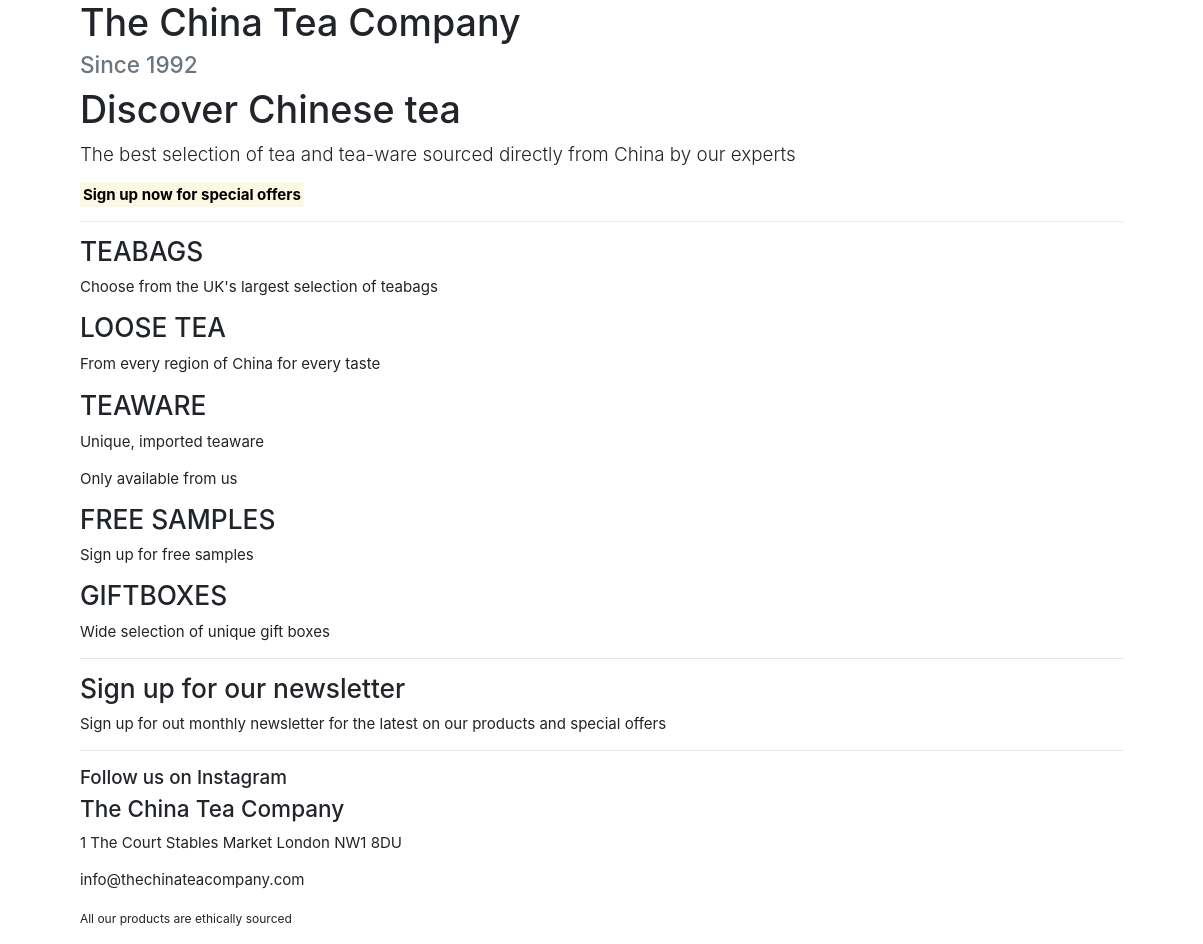
Repository: Code-Institute-Submissions/china-tea
Page: index.html
The author's editor kept a record of every edit. The page is drawn from the files as they stood at one moment, then again after the next edit.
The browser window is 1280 px wide. The pictures show the whole page, at 94% of full size.

Above is the page before.

### index.html
<!DOCTYPE html>
<html lang="en">

<head>
    <meta charset="UTF-8">
    <meta name="viewport" content="width=device-width, initial-scale=1.0">
    <meta http-equiv="X-UA-Compatible" content="ie=edge">
    <link rel="stylesheet" href="https://stackpath.bootstrapcdn.com/bootstrap/4.3.1/css/bootstrap.min.css" integrity="sha384-ggOyR0iXCbMQv3Xipma34MD+dH/1fQ784/j6cY/iJTQUOhcWr7x9JvoRxT2MZw1T" crossorigin="anonymous">
    <link rel="stylesheet" href="style.css" type="text/css" />
    <title>China Tea Company | Buy specially imported tea, tea-ware and gift boxes</title>
</head>

<body>

    <article class="container">

        <!----Callout-----!>

        <section class="callout">
        <h1>The China Tea Company</h1>
        <h4 class="text-muted">Since 1992</h4>

        <h1>Discover Chinese tea</h1>

         <p class="lead">The best selection of tea and tea-ware sourced directly from China by our experts</p>
        <p><strong><mark>Sign up now for special offers</strong></mark></p>


        </section>

        <hr>

        <!----/.Callout-----!>

        <!-----Purchase------!>

         <section class="purchases">
         <div class="purchases">
         <h3 class="text-uppercase">Teabags</h3>
         <p>Choose from the UK's largest selection of teabags</p>
         </div>

         <div class="loosetea">
         <h3 class="text-uppercase">Loose Tea</h3>
         <p>From every region of China for every taste</p>
         </div>

         <div class="teaware">
         <h3 class="text-uppercase">Teaware</h3>
         <p>Unique, imported teaware</p>
         <p>Only available from us</p>
         </div>

         <div class="freesamples">
         <h3 class="text-uppercase">Free Samples</h3>
         <p>Sign up for free samples</p>
         </div>

         <div class="giftboxes">
         <h3 class="text-uppercase">Giftboxes</h3>
         <p>Wide selection of unique gift boxes</p>
         </div>


         </section>

         <hr>

        <!-----/.purchase-------!>

        <!------newsletter jumbotron-----!>

        <section class="newsletter">

        <h3>Sign up for our newsletter</h3>
        <p>Sign up for out monthly newsletter for the latest on our products and special offers</p>



        </section>

          <!-------/.newsletter jumbotron-----!>

          <!------Instagram and address------!>
          <hr>
          <section class="instagram">
          <h5>Follow us on Instagram</h5>

          <h4>The China Tea Company</h4>
          <p>1 The Court Stables Market London NW1 8DU</p>
          <p>info@thechinateacompany.com</p>

          </section>

        <!--------/.Instagram and address-----!>

        <!-------footer-----!>

        <p><small>All our products are ethically sourced</small></p>




    </article>


</body>

</html>

### style.css
.navDefault {
    position: fixed;
    top: 0;
    left: 0;
    right: 0;
    background-color: gray;
}

button {
    border: none;
    background-color: yellow;
    width: 150px;
    height: 50px;
    color: white;
    text-transform: uppercase;
    cursor: pointer;

}

After the next edit:
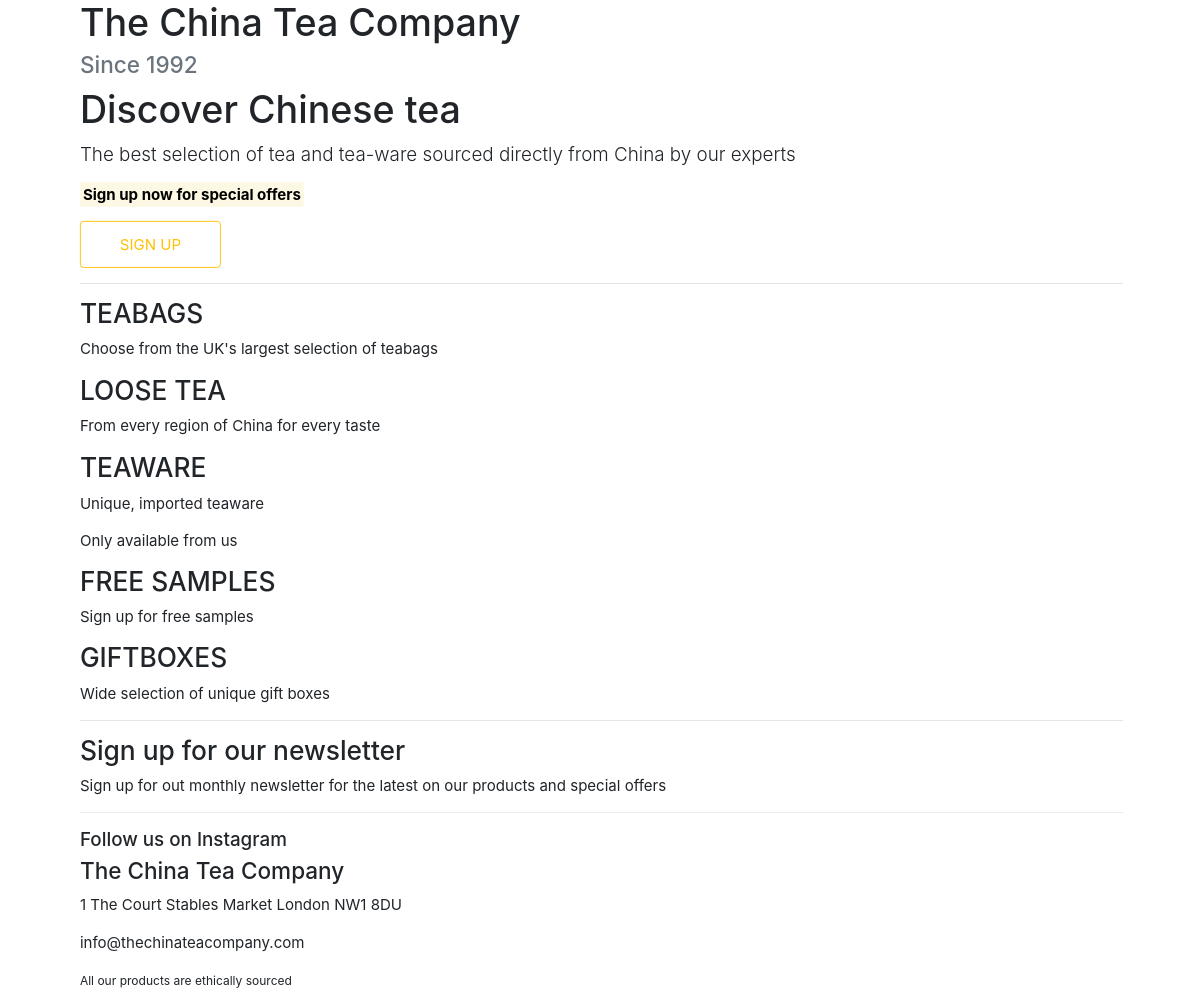
The edit:
--- a/index.html
+++ b/index.html
@@ -24,7 +24,7 @@
 
          <p class="lead">The best selection of tea and tea-ware sourced directly from China by our experts</p>
         <p><strong><mark>Sign up now for special offers</strong></mark></p>
-
+     <button type="button" class="btn btn-outline-warning">Sign up</button>
 
         </section>
 
